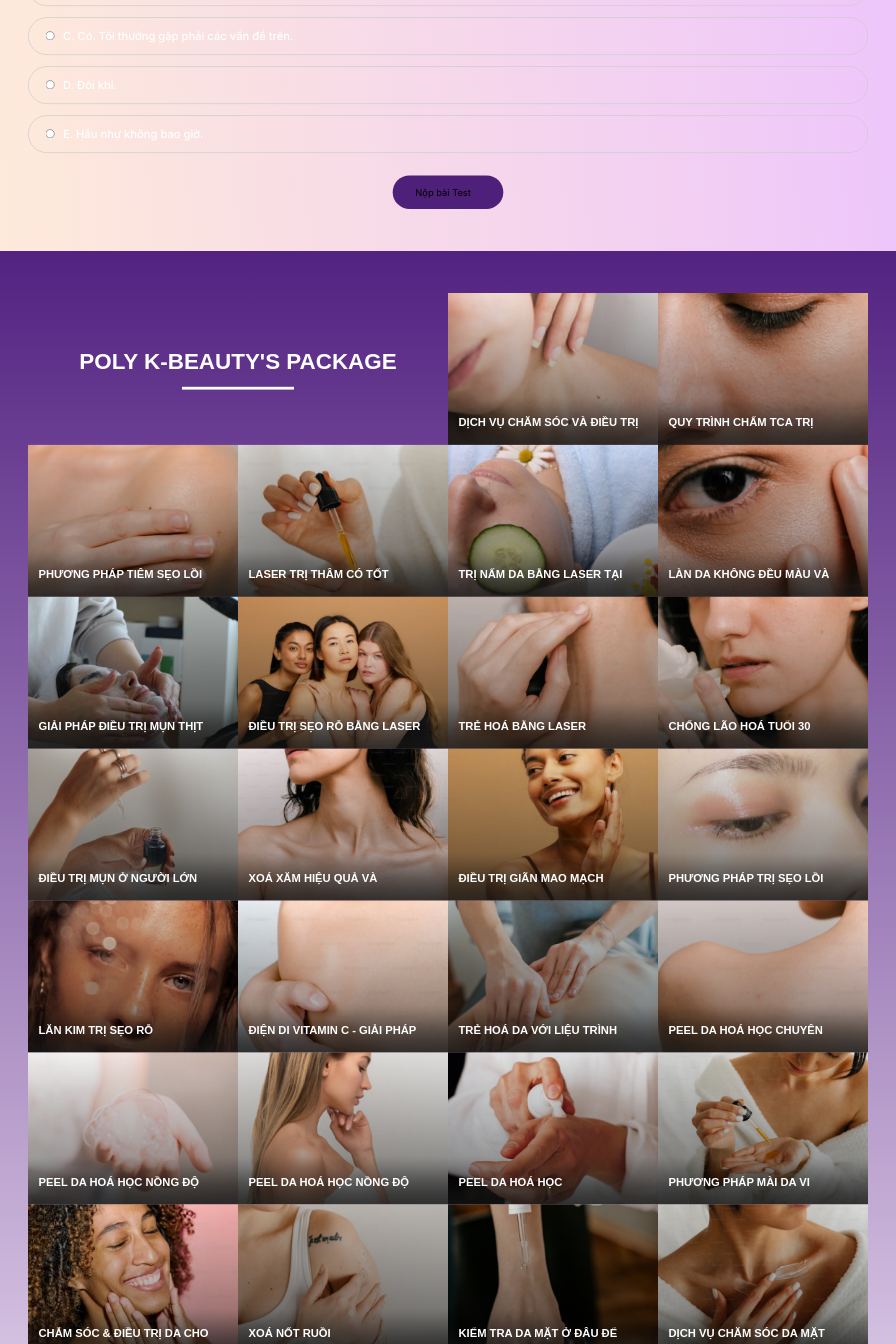
Repository: dinhtri123/k_beauty
Page: test.html
These files come from the project's save history. The page is drawn as it stood at one moment and after the next save; the edit follows.
The browser window is 1280 px wide. The pictures show the part of the page from y = 1692 to 3612 px (the page is 5508 px tall before and 5520 px after), at 70% of full size.
Some web fonts or font styles are not loaded; a fallback is used.

Above is the page before, as saved 2024-12-25 14:19:19.

### test.html
<!DOCTYPE html>
<html lang="en">

<head>
  <meta charset="UTF-8">
  <meta name="viewport" content="width=device-width, initial-scale=1.0">
  <title>Home Page</title>
  <link rel="stylesheet" href="https://cdn.jsdelivr.net/npm/swiper@11/swiper-bundle.min.css" />
  <link rel="stylesheet" href="https://cdnjs.cloudflare.com/ajax/libs/font-awesome/6.7.2/css/all.min.css"
    integrity="sha512-Evv84Mr4kqVGRNSgIGL/F/aIDqQb7xQ2vcrdIwxfjThSH8CSR7PBEakCr51Ck+w+/U6swU2Im1vVX0SVk9ABhg=="
    crossorigin="anonymous" referrerpolicy="no-referrer" />
  <link rel="stylesheet" href="./css/style.css">
  <link rel="stylesheet" href="./css/test.css">
</head>

<body>
  <header>
    <div class="header-top-wrapper">
      <div class="container">
        <div class="header-top">
          <div class="header-top-left">
            <a href="mailto:caodang@fpt.edu.vn">
              <img src="./images/mail-outline.png" alt="">
              <span>caodang@fpt.edu.vn</span>
            </a>
            <p>
              <img src="./images/call-outline.png" alt="">
              <a href="tel:024 6327 6402">024 6327 6402</a>
              <span>|</span>
              <a href="tel: 0981 725 836"> 0981 725 836</a>
            </p>
          </div>
          <div class="header-top-right">
            <a href="">
              <img src="./images/Facebook.png" alt="">
            </a>
            <a href="">
              <img src="./images/YouTube.png" alt="">
            </a>
            <a href="">
              <img src="./images/TikTok.png" alt="">
            </a>
            <a href="">
              <img src="./images/Frame.png" alt="">
            </a>
          </div>
        </div>
      </div>
    </div>
    <div class="header-main container">
      <a href="" class="header-logo">
        <img src="./images/logo.png" alt="">
      </a>
      <nav class="header-nav">
        <ul class="header-menu">
          <li>
            <a href="">Trang chủ</a>
          </li>
          <li>
            <a href="">Giới thiệu
              <span>
                <img src="./images/arrow-bottom.png" alt="">
              </span>
            </a>
          </li>
          <li>
            <a href="">ngành đào tạo
              <span>
                <img src="./images/arrow-bottom.png" alt="">
              </span>
            </a>
          </li>
          <li>
            <a href="">ƯU đãi</a>
          </li>
          <li>
            <a href="">kiến thức da liễu cùng chuyên gia</a>
          </li>
          <li class="header-btn-close sm">
            <i class="fa-solid fa-xmark"></i>
          </li>
        </ul>
      </nav>
      <span class="header-btn-menu sm">
        <i class="fa-solid fa-bars"></i>
      </span>
    </div>
  </header>
  <main id="test">
    <section class="slider-hero">
      <div class="swiper hero-swiper">
        <div class="swiper-wrapper">
          <div class="swiper-slide">
            <img src="./images/image 1.jpg" alt="">
          </div>
          <div class="swiper-slide">
            <img src="./images/image 1.jpg" alt="">
          </div>
          <div class="swiper-slide">
            <img src="./images/image 1.jpg" alt="">
          </div>
        </div>
        <div class="hero-btn swiper-button-next">
          <i class="fa-solid fa-chevron-right"></i>
        </div>
        <div class="hero-btn swiper-button-prev">
          <i class="fa-solid fa-chevron-left"></i>
        </div>
        <div class="swiper-pagination"></div>
      </div>
    </section>
    <section class="befenit">
      <div class="container">
        <div class="befenit-inner">
          <h2>CÙNG POLY K-BEAUTY HIỂU HƠN VỀ LÀN DA CỦA BẠN</h2>
          <p>Khám phá bí quyết chăm sóc da phù hợp qua bài trắc nghiệm cùng Poly K-Beauty!</p>
          <form class="befenit-question">
            <div class="question-item">
              <h3>1. Da của bạn thường trông ra sao vào buổi chiều?</h3>
              <div class="question-option">
                <label for="question_1_opt_1">
                  <input type="radio" name="question_1" id="question_1_opt_1">
                  A. Trán, mũi và cằm bị bóng dầu nhưng phần còn lại trên mặt lại bình thường hoặc khô
                </label>
                <label for="question_1_opt_2">
                  <input type="radio" name="question_1" id="question_1_opt_2">
                  B. Tôi nhận thấy một vài vết bong tróc dọc theo đường chân tóc, lông mày và giữa hai bên lông mày.
                </label>
                <label for="question_1_opt_3">
                  <input type="radio" name="question_1" id="question_1_opt_3">
                  C. Da bóng nhờn và không được mịn. Có những nốt mụn nhỏ và một số mụn đầu đen.
                </label>
                <label for="question_1_opt_4">
                  <input type="radio" name="question_1" id="question_1_opt_4">
                  D. Da mịn và láng mượt. Không có dấu hiệu bong tróc.
                </label>
                <label for="question_1_opt_5">
                  <input type="radio" name="question_1" id="question_1_opt_5">
                  E. Điều đầu tiên tôi nhận thấy là các nếp nhăn.
                </label>
              </div>
            </div>
            <div class="question-item">
              <h3>2. Hãy mô tả phần má và vùng dưới mắt của bạn.</h3>
              <div class="question-option">
                <label for="question_1_opt_1">
                  <input type="radio" name="question_1" id="question_1_opt_1">
                  A. Lỗ chân lông nở rộng và có khuyết điểm dưới dạng mụn đầu đen hay đốm mụn trắng.
                </label>
                <label for="question_1_opt_2">
                  <input type="radio" name="question_1" id="question_1_opt_2">
                  B. Hầu như không có vết nhăn dễ thấy nào. Chỉ có một số vùng da khô có thể nhìn ra.
                </label>
                <label for="question_1_opt_3">
                  <input type="radio" name="question_1" id="question_1_opt_3">
                  C. Da nhẵn mịn với lỗ chân lông se khít
                </label>
                <label for="question_1_opt_4">
                  <input type="radio" name="question_1" id="question_1_opt_4">
                  D. Có các nếp nhăn rõ rệt. Da khá khô.
                </label>
                <label for="question_1_opt_5">
                  <input type="radio" name="question_1" id="question_1_opt_5">
                  E. Da bị kích ứng và khô. Có cảm giác da bị căng.
                </label>
              </div>
            </div>
            <div class="question-item">
              <h3>3. Da của bạn có dễ gặp phải các vấn đề về thâm, hay đỏ rát không?</h3>
              <div class="question-option">
                <label for="question_1_opt_1">
                  <input type="radio" name="question_1" id="question_1_opt_1">
                  A. Có, nhưng chỉ ở vùng chữ T (trán, mũi và cằm)
                </label>
                <label for="question_1_opt_2">
                  <input type="radio" name="question_1" id="question_1_opt_2">
                  B. Da tôi hơi đỏ, có chút tấy, và có chỗ không đồng đều về độ ẩm
                </label>
                <label for="question_1_opt_3">
                  <input type="radio" name="question_1" id="question_1_opt_3">
                  C. Có. Tôi thường gặp phải các vấn đề trên.
                </label>
                <label for="question_1_opt_4">
                  <input type="radio" name="question_1" id="question_1_opt_4">
                  D. Đôi khi.
                </label>
                <label for="question_1_opt_5">
                  <input type="radio" name="question_1" id="question_1_opt_5">
                  E. Hầu như không bao giờ.
                </label>
              </div>
            </div>
            <button type="submit">Nộp bài Test <i class="fa-solid fa-arrow-right"></i></button>
          </form>
        </div>
      </div>
    </section>
    <section class="package">
      <div class="container">
        <div class="package-inner">
          <h2>POLY K-BEAUTY'S PACKAGE <span class="line"></span></h2>
          <div class="package-item">
            <img src="./images/package_img1.jpg" alt="">
            <h3>Dịch vụ chăm sóc và điều trị</h3>
          </div>
          <div class="package-item">
            <img src="./images/package_img2.jpg" alt="">
            <h3>QUY TRÌNH CHẤM TCA TRỊ</h3>
          </div>
          <div class="package-item">
            <img src="./images/package_img3.jpg" alt="">
            <h3>PHƯƠNG PHÁP TIÊM SẸO LỒI</h3>
          </div>
          <div class="package-item">
            <img src="./images/package_img4.jpg" alt="">
            <h3>LASER TRỊ THÂM CÓ TỐT</h3>
          </div>
          <div class="package-item">
            <img src="./images/package_img5.jpg" alt="">
            <h3>TRỊ NẤM DA BẰNG LASER TẠI</h3>
          </div>
          <div class="package-item">
            <img src="./images/package_img6.jpg" alt="">
            <h3>LÀN DA KHÔNG ĐỀU MÀU VÀ</h3>
          </div>
          <div class="package-item">
            <img src="./images/package_img7.jpg" alt="">
            <h3>GIẢI PHÁP ĐIỀU TRỊ MỤN THỊT</h3>
          </div>
          <div class="package-item">
            <img src="./images/package_img8.jpg" alt="">
            <h3>ĐIỀU TRỊ SẸO RỖ BẰNG LASER</h3>
          </div>
          <div class="package-item">
            <img src="./images/package_img9.jpg" alt="">
            <h3>TRẺ HOÁ BẰNG LASER</h3>
          </div>
          <div class="package-item">
            <img src="./images/package_img10.jpg" alt="">
            <h3>CHỐNG LÃO HOÁ TUỔI 30</h3>
          </div>
          <div class="package-item">
            <img src="./images/package_img11.jpg" alt="">
            <h3>ĐIỀU TRỊ MỤN Ở NGƯỜI LỚN</h3>
          </div>
          <div class="package-item">
            <img src="./images/package_img12.jpg" alt="">
            <h3>XOÁ XĂM HIỆU QUẢ VÀ</h3>
          </div>
          <div class="package-item">
            <img src="./images/package_img13.jpg" alt="">
            <h3>ĐIỀU TRỊ GIÃN MAO MẠCH</h3>
          </div>
          <div class="package-item">
            <img src="./images/package_img14.jpg" alt="">
            <h3>PHƯƠNG PHÁP TRỊ SẸO LỒI</h3>
          </div>
          <div class="package-item">
            <img src="./images/package_img15.jpg" alt="">
            <h3>LĂN KIM TRỊ SẸO RỖ</h3>
          </div>
          <div class="package-item">
            <img src="./images/package_img16.jpg" alt="">
            <h3>ĐIỆN DI VITAMIN C - GIẢI PHÁP</h3>
          </div>
          <div class="package-item">
            <img src="./images/package_img17.jpg" alt="">
            <h3>TRẺ HOÁ DA VỚI LIỆU TRÌNH</h3>
          </div>
          <div class="package-item">
            <img src="./images/package_img18.jpg" alt="">
            <h3>PEEL DA HOÁ HỌC CHUYÊN</h3>
          </div>
          <div class="package-item">
            <img src="./images/package_img19.jpg" alt="">
            <h3>PEEL DA HOÁ HỌC NỒNG ĐỘ</h3>
          </div>
          <div class="package-item">
            <img src="./images/package_img20.jpg" alt="">
            <h3>PEEL DA HOÁ HỌC NỒNG ĐỘ</h3>
          </div>
          <div class="package-item">
            <img src="./images/package_img21.jpg" alt="">
            <h3>PEEL DA HOÁ HỌC</h3>
          </div>
          <div class="package-item">
            <img src="./images/package_img22.jpg" alt="">
            <h3>PHƯƠNG PHÁP MÀI DA VI</h3>
          </div>
          <div class="package-item">
            <img src="./images/package_img23.jpg" alt="">
            <h3>CHẮM SÓC & ĐIỀU TRỊ DA CHO</h3>
          </div>
          <div class="package-item">
            <img src="./images/package_img24.jpg" alt="">
            <h3>XOÁ NỐT RUỒI</h3>
          </div>
          <div class="package-item">
            <img src="./images/package_img25.jpg" alt="">
            <h3>KIỂM TRA DA MẶT Ở ĐÂU ĐỂ</h3>
          </div>
          <div class="package-item">
            <img src="./images/package_img26.jpg" alt="">
            <h3>DỊCH VỤ CHĂM SÓC DA MẶT</h3>
          </div>
          <div class="package-item">
            <img src="./images/package_img27.jpg" alt="">
            <h3>MỤN LÀ CHUYỆN NHỎ VỚI</h3>
          </div>
          <div class="package-item">
            <img src="./images/package_img28.jpg" alt="">
            <h3>TÌM LẠI LÀN DA MỊN MÀNG VỚI</h3>
          </div>
          <div class="package-item">
            <img src="./images/package_img29.jpg" alt="">
            <h3>ĐỐT MỤN THỊT, U VÀNG</h3>
          </div>
          <div class="package-item">
            <img src="./images/package_img30.jpg" alt="">
            <h3>ĐIỀU TRỊ MỤN TRỨNG CÁ DỨT</h3>
          </div>
          <div class="package-item">
            <img src="./images/package_img31.jpg" alt="">
            <h3>TRIỆT LÔNG VĨNH VIỄN</h3>
          </div>
          <div class="package-item">
            <img src="./images/package_img32.jpg" alt="">
            <h3>NÁM DA VÀ RỐI LOẠN SẮC TỐ</h3>
          </div>
          <div class="package-item">
            <img src="./images/package_img33.jpg" alt="">
            <h3>LIỆU TRÌNH TRẺ HOÁ DA LÀM</h3>
          </div>
          <div class="package-item">
            <img src="./images/package_img34.jpg" alt="">
            <h3>ĐIỀU TRỊ TRỊ MỤN</h3>
          </div>
        </div>
      </div>
    </section>
    <section class="form-bottom">
      <div class="container">
        <div class="form-inner">
          <div class="form-text">
            <h2>Tìm hiểu chương trình tại Poly K-Beauty và nhận tư vấn ngay!</h2>
            <button>Đăng ký ngay</button>
          </div>
          <div class="form-img">
            <img src="./images/form-img.png" alt="">
          </div>
        </div>
      </div>
    </section>
  </main>
  <footer>
    <div class="container">
      <div class="footer-wrapper">
        <div class="footer-left">
          <div class="footer-logo">
            <img src="./images/logo-footer.png" alt="">
          </div>
          <div class="footer-social">
            <a href="#">
              <img src="./images/icon-fb.png" alt="">
            </a>
            <a href="#">
              <img src="./images/icon-ytb.png" alt="">
            </a>
            <a href="#">
              <img src="./images/icon-tiktok.png" alt="">
            </a>
            <a href="#">
              <img src="./images/icon-wiki.png" alt="">
            </a>
          </div>
          <div class="footer-contact">
            <h3>THÔNG TIN LIÊN HỆ</h3>
            <ul>
              <li>Điện thoại: (024) 7300 1955</li>
              <li>Email: caodang@fpt.edu.vn</li>
            </ul>
          </div>
        </div>
        <div class="footer-right">
          <h3>HỆ THỐNG VĂN PHÒNG TUYỂN SINH</h3>
          <div class="footer-local">
            <div class="local-item">
              <h4>Cơ sở Hà Nội</h4>
              <ul>
                <li><span><ion-icon name="location-outline"></ion-icon></span> Cổng số 1, Tòa nhà FPT
                  Polytechnic, 13 phố Trịnh Văn Bô, phường Phương Canh, quận Nam Từ Liêm, TP Hà Nội
                  Km12
                  Cầu Diễn, Phường Phúc Diễn, Quận Bắc Từ Liêm, Hà Nội</li>
                <li><span><ion-icon name="call-outline"></ion-icon></span>(024) 8582 0808</li>
              </ul>
            </div>
            <div class="local-item">
              <h4>Cơ sở Hồ Chí Minh</h4>
              <ul>
                <li><span><ion-icon name="location-outline"></ion-icon></span> Tòa nhà QTSC9 (toà T),
                  đường
                  Tô Ký, phường Tân Chánh Hiệp, quận 12, TP HCM.</li>
                <li><span><ion-icon name="location-outline"></ion-icon></span> 778/B1 Nguyễn Kiệm,
                  phường
                  04, quận Phú Nhuận, TP HCM
                  0901 660 002 – 028 6686 6486</li>
              </ul>
            </div>
            <div class="local-item">
              <h4>Cơ sở Thái Nguyên</h4>
              <ul>
                <li><span><ion-icon name="location-outline"></ion-icon></span> Tòa nhà FPT Polytechnic,
                  đường đê Mỏ Bạch, tổ 10, phường Quyết Thắng, TP Thái Nguyên, tỉnh Thái Nguyên</li>
                <li><span><ion-icon name="location-outline"></ion-icon></span> 091 532 9213</li>
              </ul>
            </div>
            <div class="local-item">
              <h4>Cơ sở Đà Nẵng</h4>
              <ul>
                <li><span><ion-icon name="location-outline"></ion-icon></span> 219 Nguyễn Sinh Sắc,
                  phường
                  Hoà Minh, quận Liên Chiểu, TP Đà Nẵng</li>
                <li><span><ion-icon name="location-outline"></ion-icon></span> 023 6371 0999 – 094 302
                  5282
                </li>
              </ul>
            </div>
            <div class="local-item">
              <h4>Cơ sở Hải Phòng</h4>
              <ul>
                <li><span><ion-icon name="location-outline"></ion-icon></span> 271 Lê Thánh Tông, phường
                  Máy
                  Chai, quận Ngô Quyền, TP Hải Phòng</li>
                <li><span><ion-icon name="location-outline"></ion-icon></span> 0915431313</li>
              </ul>
            </div>
            <div class="local-item">
              <h4>Cơ sở Quy Nhơn</h4>
              <ul>
                <li><span><ion-icon name="location-outline"></ion-icon></span> 107A Thanh Niên, phường
                  Quang
                  Trung, TP Quy Nhơn, tỉnh Bình Định</li>
                <li><span><ion-icon name="location-outline"></ion-icon></span> 039 404 4568</li>
              </ul>
            </div>
            <div class="local-item">
              <h4>Cơ sở Hà Nam</h4>
              <ul>
                <li><span><ion-icon name="location-outline"></ion-icon></span> Tổ hợp Giáo dục FPT,
                  Unischool, Khu Đại học Nam Cao, Phường Hoàng Đông, Thị xã Duy Tiên, Hà Nam</li>
                <li><span><ion-icon name="location-outline"></ion-icon></span> 0911 968 213</li>
              </ul>
            </div>
            <div class="local-item">
              <h4>Cơ sở Tây Nguyên</h4>
              <ul>
                <li><span><ion-icon name="location-outline"></ion-icon></span> Số 300, 6 Đường Hà Huy
                  Tập,
                  Tổ dân phố 8, phường Tân An, TP Buôn Ma Thuột, Đắk Lắk</li>
                <li><span><ion-icon name="location-outline"></ion-icon></span> 026 2355 5678</li>
              </ul>
            </div>
            <div class="local-item">
              <h4>Cơ sở Thanh Hoá</h4>
              <ul>
                <li><span><ion-icon name="location-outline"></ion-icon></span> Tòa Beta, Tổ hợp giáo dục
                  FPT, Đại lộ Võ Nguyên Giáp, phường Quảng Thành, TP Thanh Hóa</li>
                <li><span><ion-icon name="location-outline"></ion-icon></span> 091 378 5213</li>
              </ul>
            </div>
            <div class="local-item">
              <h4>Cơ sở Đồng Nai</h4>
              <ul>
                <li><span><ion-icon name="location-outline"></ion-icon></span> 193 Đỗ Văn Thi, phường
                  Hiệp
                  Hòa, TP Biên Hòa, tỉnh Đồng Nai</li>
                <li><span><ion-icon name="location-outline"></ion-icon></span> 0345 690 031 – 0989 871
                  031
                </li>
              </ul>
            </div>
            <div class="local-item">
              <h4>Cơ sở Cần Thơ</h4>
              <ul>
                <li><span><ion-icon name="location-outline"></ion-icon></span> Toà nhà FPT Polytechnic,
                  đường số 22, phường Thường Thạnh, quận Cái Răng, TP Cần Thơ</li>
                <li><span><ion-icon name="location-outline"></ion-icon></span> 098 388 1100 – 091 2823
                  492
                </li>
              </ul>
            </div>
          </div>
        </div>
      </div>
    </div>
  </footer>
</body>

<script src="https://cdn.jsdelivr.net/npm/swiper@11/swiper-bundle.min.js"></script>

<script>
  var swiper = new Swiper(".hero-swiper", {
    loop: true,
    navigation: {
      nextEl: ".swiper-button-next",
      prevEl: ".swiper-button-prev",
    },
    pagination: {
      el: ".swiper-pagination",
    },
  });
</script>
<script src="./index.js"></script>

</html>

### css/test.css
.befenit-question * {
  font-family: var(--font-secondary);
}
.befenit-item {
  background-color: var(--cl-white);
  padding: 24px 32px;
  border-radius: 24px;
  margin-bottom: 24px;
}
.befenit-item h3 {
  color: #000;
  font-size: 24px;
  line-height: 32px;
  font-weight: 700;
  margin-bottom: 24px;
}
.question-option {
  display: flex;
  flex-direction: column;
  gap: 16px;
}
.question-option label {
  border-radius: 50px;
  min-height: 52px;
  padding: 14px 24px;
  display: flex;
  align-items: center;
  gap: 12px;
  color: var(--cl-white);
  font-size: 16px;
  line-height: 24px;
  font-weight: 500;
  border: 1px solid rgba(204, 204, 204, 1);
}
.question-option label:focus {
  background-color: var(--cl-primary);
}
.befenit-question button {
  padding: 16px 32px;
  border-radius: 50px;
  background-color: var(--cl-primary);
  margin-top: 32px;
}

Loaded but not shown: index.js (22 lines, source omitted); css/style.css (700 lines, source omitted)

After the next save:
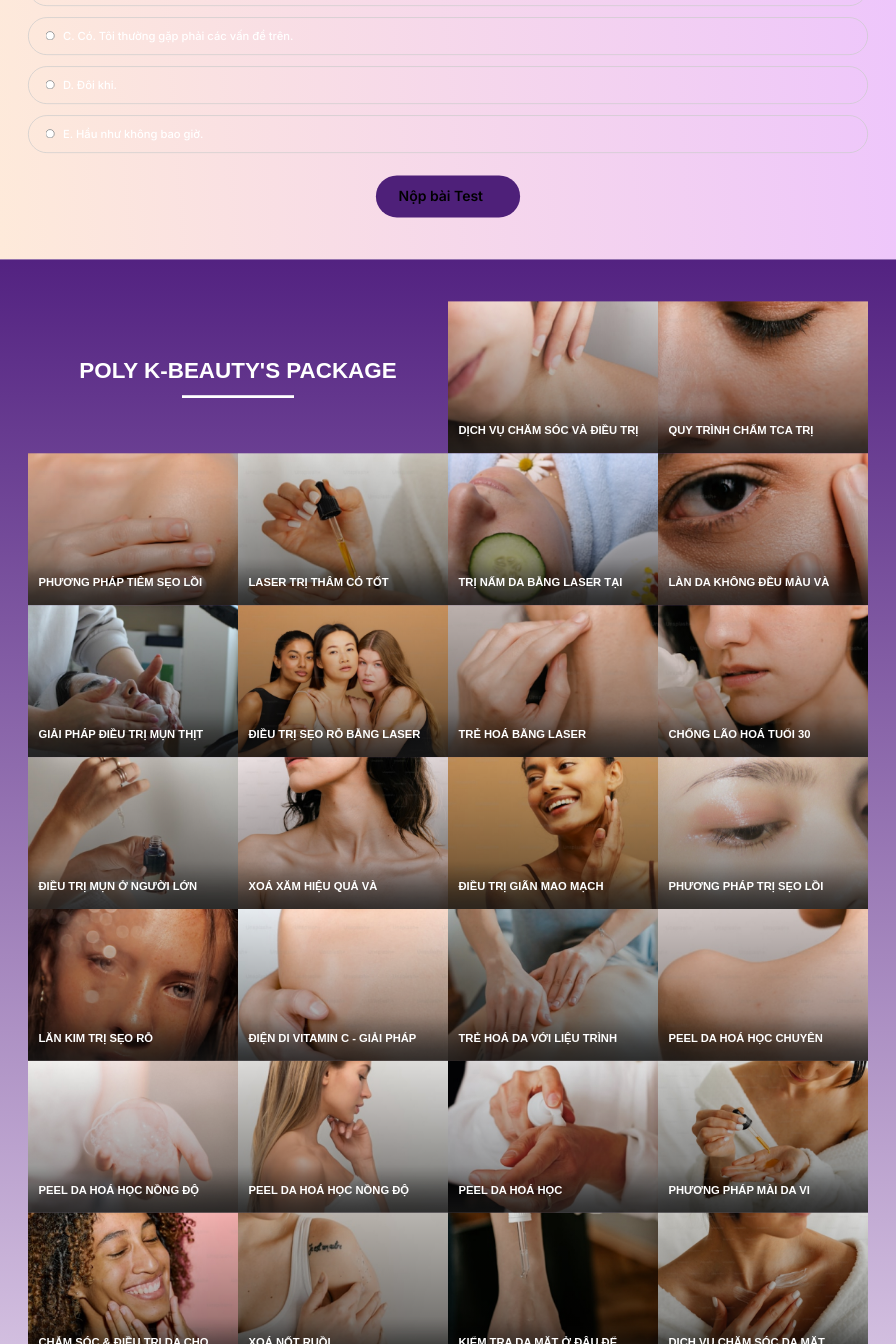
Saved 13 s later.
--- a/css/test.css
+++ b/css/test.css
@@ -40,4 +40,7 @@
   border-radius: 50px;
   background-color: var(--cl-primary);
   margin-top: 32px;
+  font-size: 20px;
+  line-height: 28px;
+  font-weight: 590;
 }
